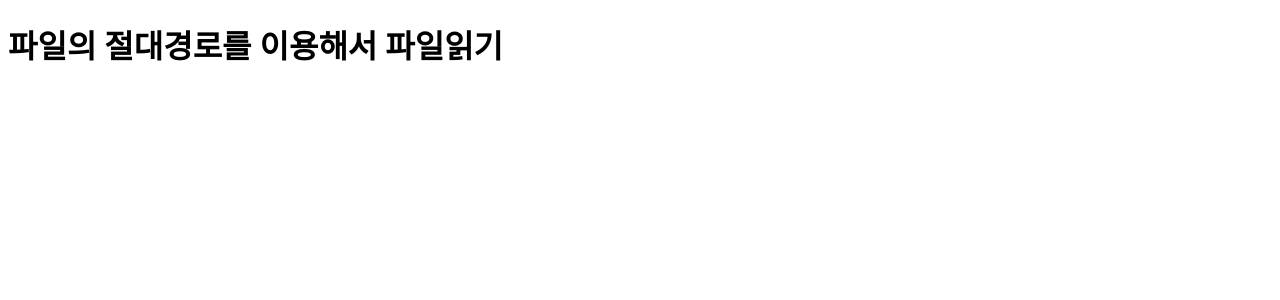
Repository: yeobleeme/06_jsp_basic
Page: http://localhost/jsp01_basic/jsp04_object/jsp04_midfile_01.jsp
These files come from the project's save history. The page is drawn as it stood at one moment and after a run of saves; the edit follows.
The browser window is 1280 px wide. The pictures show the whole page.
The page is served by Tomcat 9.

Above is the page before, as saved 2023-05-11 02:00:18.

After the next 4 saves:
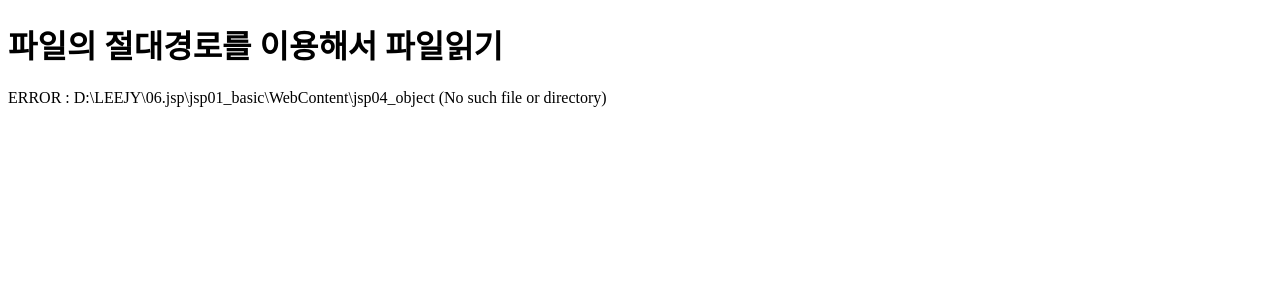
The 4 saves are shown as one change because 3 did not build or start.
The last was saved 99 s later.
--- a/jsp01_basic/WebContent/jsp04_object/jsp04_midfile_01.jsp
+++ b/jsp01_basic/WebContent/jsp04_object/jsp04_midfile_01.jsp
@@ -1,3 +1,5 @@
+<%@page import="java.io.FileInputStream"%>
+<%@page import="java.io.InputStreamReader"%>
 <%@page language="java" contentType="text/html; charset=UTF-8" pageEncoding="UTF-8"%>
 <!DOCTYPE html>
 <html>
@@ -12,6 +14,11 @@
 		char[] cbuf = new char[128];
 		int len = -1;
 		String path = "D:\\LEEJY\\06.jsp\\jsp01_basic\\WebContent\\jsp04_object";
+		try(InputStreamReader isr = new InputStreamReader(new FileInputStream(path))) {
+
+		} catch(Exception e) {
+			out.println("ERROR : " + e.getLocalizedMessage());
+		}
 	%>
 </body>
 </html>
